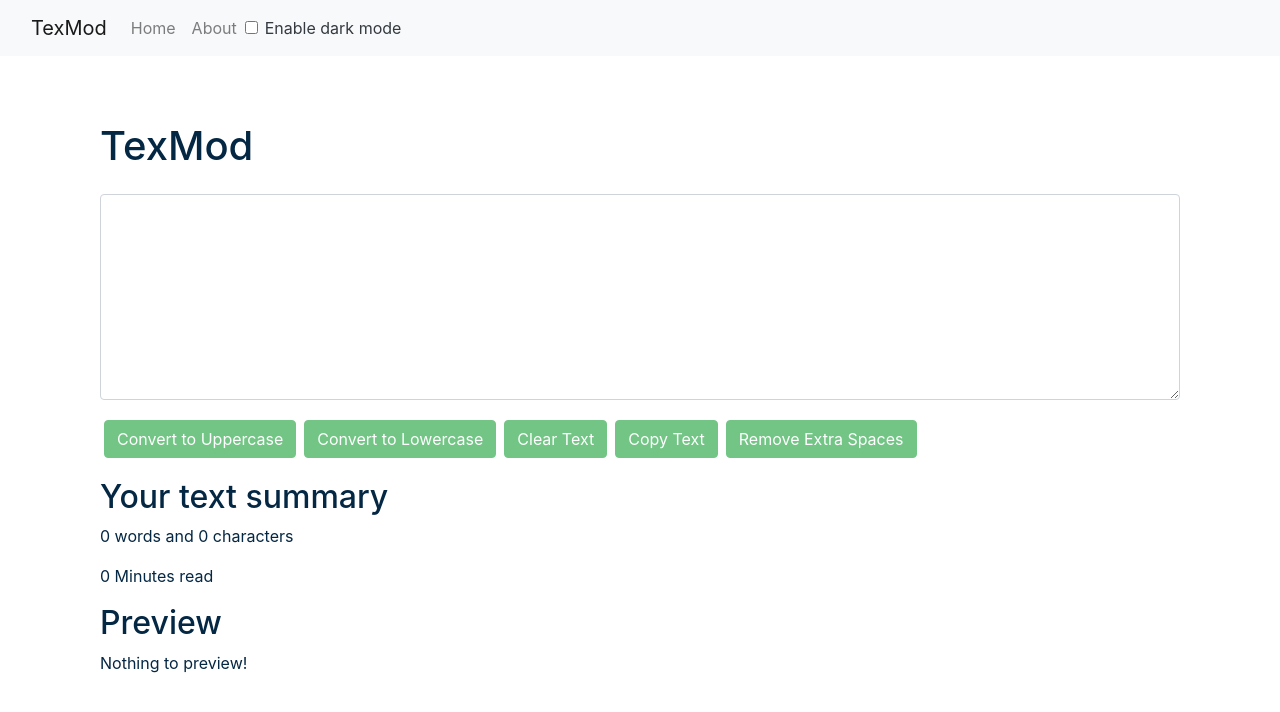
Repository: Ayush-dixit-15/TexMod
Page: /
The author's editor kept a copy of each file at every save. The page is drawn from the files as they stood at one save, then again after the next save.
The browser window is 1280 px wide. The pictures show the whole page.
The project was rebuilt for these pictures with package versions that can differ from the ones it lists, and the page was loaded fresh each time. Also part of the build but not shown: src/index.css, src/App.css, src/components/About.js.

Above is the page before, as saved 2022-07-01 13:52:33.

### public/index.html
<!DOCTYPE html>
<html lang="en">
  <head>
    <meta charset="utf-8" />
    <link rel="icon" href="%PUBLIC_URL%/favicon.ico" />
    <meta name="viewport" content="width=device-width, initial-scale=1" />
    <meta name="theme-color" content="#000000" />
    <meta
      name="description"
      content=""
    />
    <link rel="apple-touch-icon" href="%PUBLIC_URL%/logo192.png" />
    <link rel="manifest" href="%PUBLIC_URL%/manifest.json" />
    <link rel="stylesheet" href="https://cdn.jsdelivr.net/npm/bootstrap@4.6.1/dist/css/bootstrap.min.css" integrity="sha384-zCbKRCUGaJDkqS1kPbPd7TveP5iyJE0EjAuZQTgFLD2ylzuqKfdKlfG/eSrtxUkn" crossorigin="anonymous">
    <link rel="apple-touch-icon" sizes="57x57" href="/apple-icon-57x57.png">
<link rel="apple-touch-icon" sizes="60x60" href="/apple-icon-60x60.png">
<link rel="apple-touch-icon" sizes="72x72" href="/apple-icon-72x72.png">
<link rel="apple-touch-icon" sizes="76x76" href="/apple-icon-76x76.png">
<link rel="apple-touch-icon" sizes="114x114" href="/apple-icon-114x114.png">
<link rel="apple-touch-icon" sizes="120x120" href="/apple-icon-120x120.png">
<link rel="apple-touch-icon" sizes="144x144" href="/apple-icon-144x144.png">
<link rel="apple-touch-icon" sizes="152x152" href="/apple-icon-152x152.png">
<link rel="apple-touch-icon" sizes="180x180" href="/apple-icon-180x180.png">
<link rel="icon" type="image/png" sizes="192x192"  href="/android-icon-192x192.png">
<link rel="icon" type="image/png" sizes="32x32" href="/favicon-32x32.png">
<link rel="icon" type="image/png" sizes="96x96" href="/favicon-96x96.png">
<link rel="icon" type="image/png" sizes="16x16" href="/favicon-16x16.png">
<link rel="manifest" href="/manifest.json">
<meta name="msapplication-TileColor" content="#ffffff">
<meta name="msapplication-TileImage" content="/ms-icon-144x144.png">
<meta name="theme-color" content="#ffffff">
    <title>TexMod</title>
  </head>
  <body>

    <div id="root"></div>
    <script src="https://cdn.jsdelivr.net/npm/jquery@3.5.1/dist/jquery.slim.min.js" integrity="sha384-DfXdz2htPH0lsSSs5nCTpuj/zy4C+OGpamoFVy38MVBnE+IbbVYUew+OrCXaRkfj" crossorigin="anonymous"></script>
    <script src="https://cdn.jsdelivr.net/npm/bootstrap@4.6.1/dist/js/bootstrap.bundle.min.js" integrity="sha384-fQybjgWLrvvRgtW6bFlB7jaZrFsaBXjsOMm/tB9LTS58ONXgqbR9W8oWht/amnpF" crossorigin="anonymous"></script>
  </body>
</html>

### src/App.js
import './App.css';
import Navbar from './components/Navbar';
import TextForm from './components/TextForm';
import About from './components/About';
import React, { useState } from 'react';
import Alert from './components/Alert';
import {
  BrowserRouter as Router,
  Switch,
  Route
} from "react-router-dom";


function App() {
  const [mode, setMode] = useState('light'); // Whether dark mode is enabled or not
  const [alert, setAlert] = useState(null);

  const showAlert = (message, type)=>{
      setAlert({
        msg: message,
        type: type
      })
      setTimeout(() => {
          setAlert(null);
      }, 1500);
  }

  const toggleMode = ()=>{
    if(mode === 'light'){
      setMode('dark');
      document.body.style.backgroundColor = '#042743';
      showAlert("Dark mode has been enabled", "success");
    }
    else{
      setMode('light');
      document.body.style.backgroundColor = 'white';
      showAlert("Light mode has been enabled", "success");
    }
  }
  return (
    <>
    <Router>
    <Navbar title="TexMod" mode={mode} toggleMode={toggleMode} key={new Date()} />
    <Alert alert={alert}/>
    <div className="container my-3">
    <Switch>
    {/* /users --> Component 1
        /users/home --> Component 2 */}
          <Route exact path="/about">
            <About mode={mode} />
          </Route>
          <Route exact path="/">
            <TextForm showAlert={showAlert} heading="TexMod" mode={mode}/>
          </Route>
    </Switch>
    </div>
    </Router>
    </>
  );
}

export default App;

### src/components/Navbar.js
import React from "react";
import PropTypes from "prop-types";
import { Link } from "react-router-dom";

export default function Navbar(props) {
  return (
    <nav
      className={`navbar navbar-expand-lg navbar-${props.mode} bg-${props.mode}`}
    >
      <div className="container-fluid">
        <Link className="navbar-brand" to="/">
          {props.title}
        </Link>
        <button
          className="navbar-toggler"
          type="button"
          data-bs-toggle="collapse"
          data-bs-target="#navbarSupportedContent"
          aria-controls="navbarSupportedContent"
          aria-expanded="false"
          aria-label="Toggle navigation"
        >
          <span className="navbar-toggler-icon"></span>
        </button>
        <div className="collapse navbar-collapse" id="navbarSupportedContent">
          <ul className="navbar-nav me-auto mb-2 mb-lg-0">
            <li className="nav-item">
              <Link className="nav-link" aria-current="page" to="/">
                Home
              </Link>
            </li>
            <li className="nav-item">
              <Link className="nav-link" to="/about">
                {props.aboutText}
              </Link>
            </li>
          </ul>
          <div
            className={`form-check form-switch text-${
              props.mode === "light" ? "dark" : "light"
            }`}
          >

            <input class="form-check-input"   onClick={props.toggleMode} type="checkbox" role="switch" id="flexSwitchCheckDefault"/>
  <label class="form-check-label" for="flexSwitchCheckDefault">  Enable dark mode</label>
          </div>
        </div>
      </div>
    </nav>
  );
}

Navbar.propTypes = {
  title: PropTypes.string.isRequired,
  aboutText: PropTypes.string.isRequired,
};

Navbar.defaultProps = {
  title: "Set title here",
  aboutText: "About",
};

### src/components/TextForm.js
import React, {useState} from 'react'


export default function TextForm(props) {
    const handleUpClick = ()=>{
        let newText = text.toUpperCase();
        setText(newText)
        props.showAlert("Converted to uppercase!", "success");
    }

    const handleLoClick = ()=>{
        let newText = text.toLowerCase();
        setText(newText)
        props.showAlert("Converted to lowercase!", "success");
    }

    const handleClearClick = ()=>{
        let newText = '';
        setText(newText);
        props.showAlert("Text Cleared!", "success");
    }

    const handleOnChange = (event)=>{
        setText(event.target.value)
    }
    const handleCopy = () => {
        navigator.clipboard.writeText(text);
        props.showAlert("Copied to Clipboard!", "success");
    }

    const handleExtraSpaces = () => {
        let newText = text.split(/[ ]+/);
        setText(newText.join(" "));
        props.showAlert("Extra spaces removed!", "success");
    }

    const [text, setText] = useState('');

    return (
        <>
        <div className="container" style={{color: props.mode==='dark'?'white':'#042743'}}>
            <h1 className='mb-4'>{props.heading}</h1>
            <div className="mb-3">
            <textarea className="form-control" value={text} onChange={handleOnChange} style={{backgroundColor: props.mode==='dark'?'#13466e':'white', color: props.mode==='dark'?'white':'#042743'}} id="myBox" rows="8"></textarea>
            </div>
            <button disabled={text.length===0} className="btn btn-success mx-1 my-1" onClick={handleUpClick}>Convert to Uppercase</button>
            <button disabled={text.length===0} className="btn btn-success mx-1 my-1" onClick={handleLoClick}>Convert to Lowercase</button>
            <button disabled={text.length===0} className="btn btn-success mx-1 my-1" onClick={handleClearClick}>Clear Text</button>
            <button disabled={text.length===0} className="btn btn-success mx-1 my-1" onClick={handleCopy}>Copy Text</button>
            <button disabled={text.length===0} className="btn btn-success mx-1 my-1" onClick={handleExtraSpaces}>Remove Extra Spaces</button>
        </div>
        <div className="container my-3" style={{color: props.mode==='dark'?'white':'#042743'}}>
            <h2>Your text summary</h2>
            <p>{text.split(/\s+/).filter((element)=>{return element.length!==0}).length} words and {text.length} characters</p>
            <p>{0.008 *  text.split(/\s+/).filter((element)=>{return element.length!==0}).length} Minutes read</p>
            <h2>Preview</h2>
            <p>{text.length>0?text:"Nothing to preview!"}</p>
        </div>
        </>
    )
}

Loaded but not shown: src/index.js (common file); src/reportWebVitals.js (common file); src/components/Alert.js (common file)

After the next save:
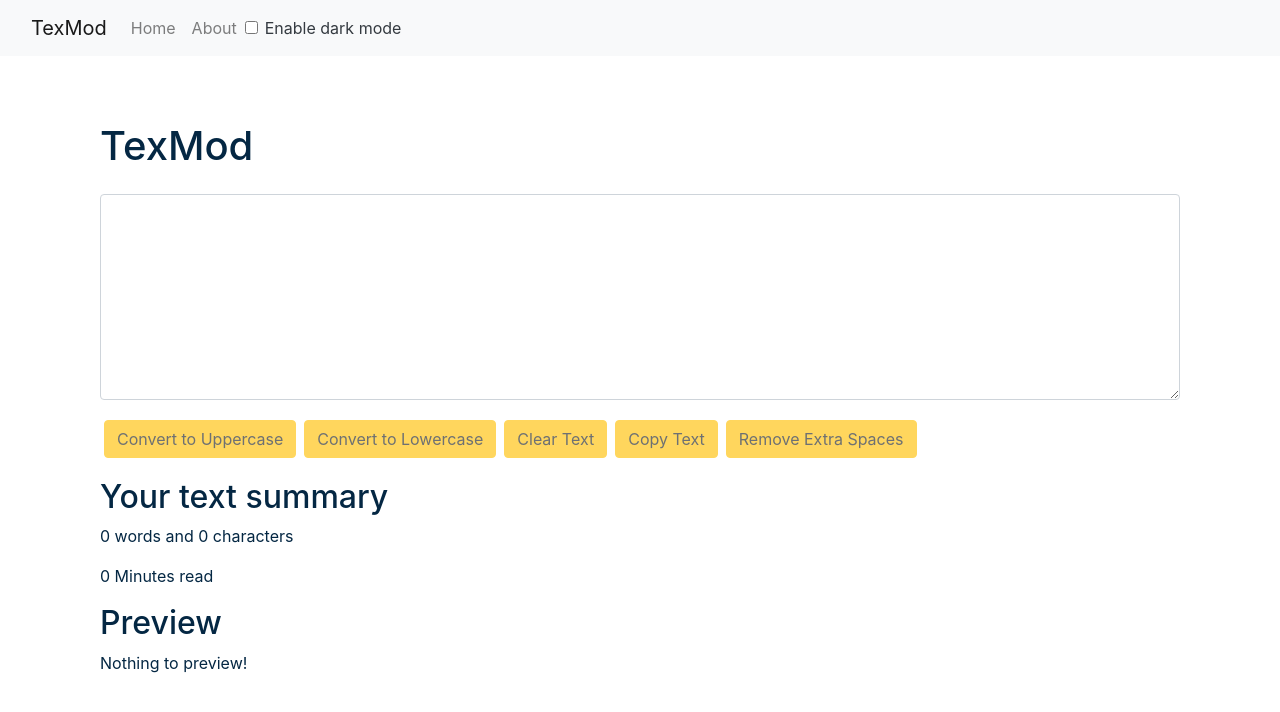
Saved 13 s later.
--- a/src/components/TextForm.js
+++ b/src/components/TextForm.js
@@ -43,11 +43,11 @@ export default function TextForm(props) {
             <div className="mb-3">
             <textarea className="form-control" value={text} onChange={handleOnChange} style={{backgroundColor: props.mode==='dark'?'#13466e':'white', color: props.mode==='dark'?'white':'#042743'}} id="myBox" rows="8"></textarea>
             </div>
-            <button disabled={text.length===0} className="btn btn-success mx-1 my-1" onClick={handleUpClick}>Convert to Uppercase</button>
-            <button disabled={text.length===0} className="btn btn-success mx-1 my-1" onClick={handleLoClick}>Convert to Lowercase</button>
-            <button disabled={text.length===0} className="btn btn-success mx-1 my-1" onClick={handleClearClick}>Clear Text</button>
-            <button disabled={text.length===0} className="btn btn-success mx-1 my-1" onClick={handleCopy}>Copy Text</button>
-            <button disabled={text.length===0} className="btn btn-success mx-1 my-1" onClick={handleExtraSpaces}>Remove Extra Spaces</button>
+            <button disabled={text.length===0} className="btn btn-warning mx-1 my-1" onClick={handleUpClick}>Convert to Uppercase</button>
+            <button disabled={text.length===0} className="btn btn-warning mx-1 my-1" onClick={handleLoClick}>Convert to Lowercase</button>
+            <button disabled={text.length===0} className="btn btn-warning mx-1 my-1" onClick={handleClearClick}>Clear Text</button>
+            <button disabled={text.length===0} className="btn btn-warning mx-1 my-1" onClick={handleCopy}>Copy Text</button>
+            <button disabled={text.length===0} className="btn btn-warning mx-1 my-1" onClick={handleExtraSpaces}>Remove Extra Spaces</button>
         </div>
         <div className="container my-3" style={{color: props.mode==='dark'?'white':'#042743'}}>
             <h2>Your text summary</h2>
